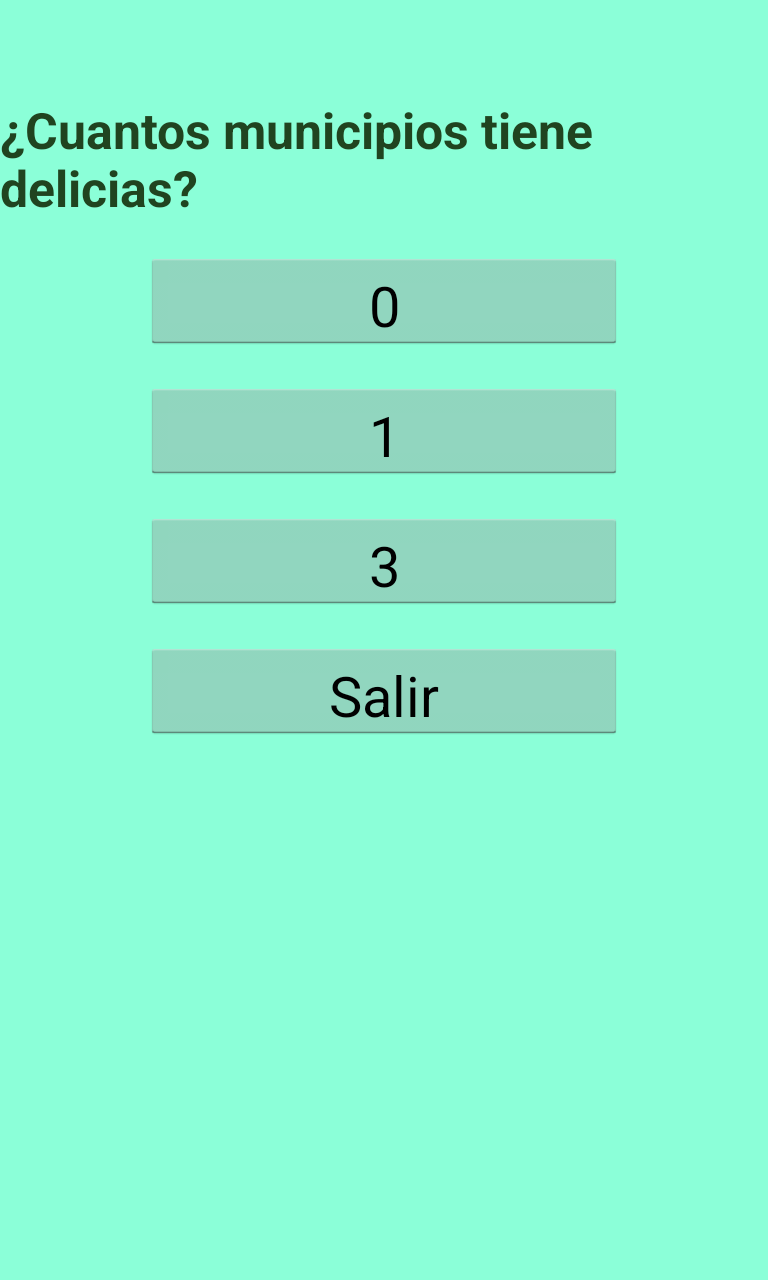
Repository: lainodHO/Proyectos-Moviles
Layout: Adventure/res/layout/activity_primero.xml
The author's editor kept a copy of each file at every save. The layout is drawn from the files as they stood at one save, then again after the next save.
It is drawn on a 768 x 1280 px phone screen (xhdpi) without system bars, with theme AppTheme; the app's code is not run.

Above is the layout before, as saved 2019-04-05 23:00:31.

After the next save:
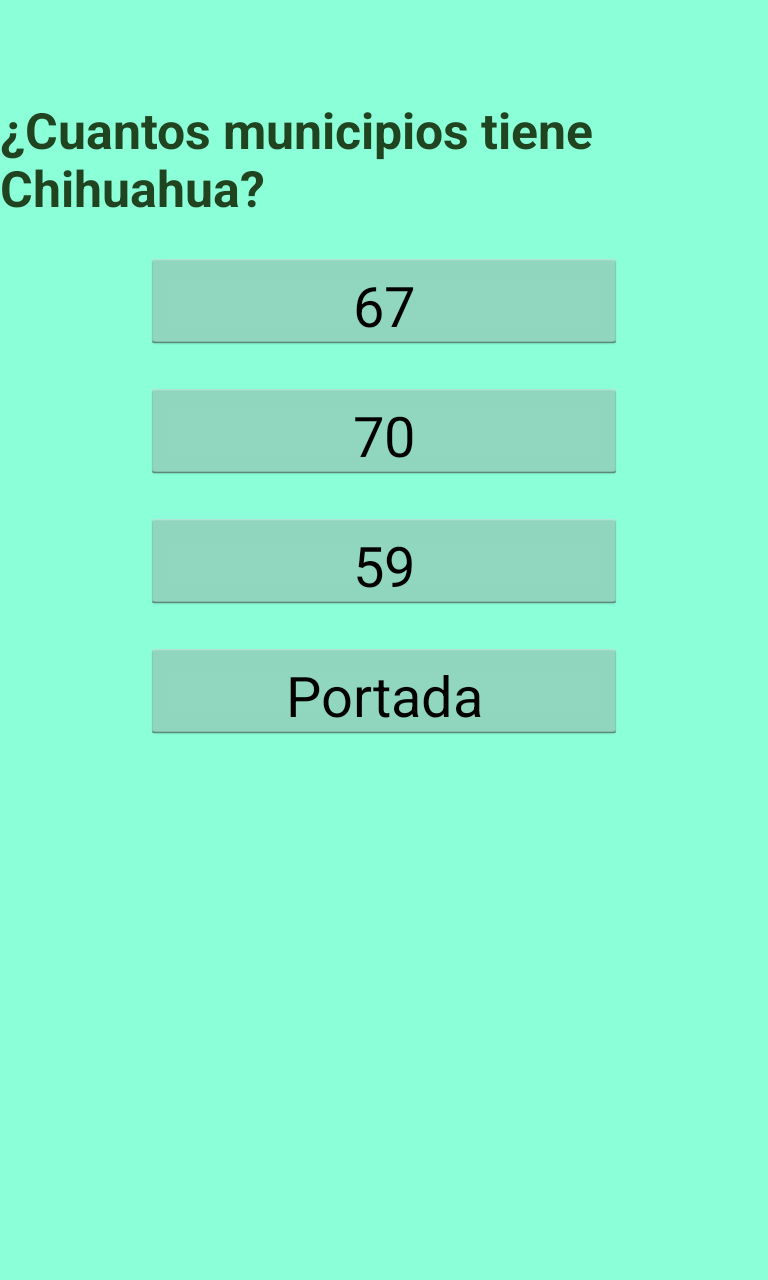
Saved 98 s later.
--- a/Adventure/res/layout/activity_primero.xml
+++ b/Adventure/res/layout/activity_primero.xml
@@ -11,7 +11,7 @@
         android:layout_centerHorizontal="true"
         android:layout_marginTop="48dp"
         android:layout_gravity="center"
-        android:text="¿Cuantos municipios tiene   delicias?"
+        android:text="¿Cuantos municipios tiene   Chihuahua?"
         android:textColor="#204420"
         android:textSize="25dp"
         android:textStyle="bold" />
@@ -20,7 +20,7 @@
         android:layout_width="240dp"
         android:layout_height="50dp"
         android:layout_marginTop="15dp"
-        android:text="0"
+        android:text="67"
         android:layout_gravity="center"
         android:textSize="28dp"
         android:gravity="center"
@@ -30,7 +30,7 @@
         android:layout_width="240dp"
         android:layout_height="50dp"
         android:layout_marginTop="15dp"
-        android:text="1"
+        android:text="70"
         android:layout_gravity="center"
         android:textSize="28dp"
         android:gravity="center"
@@ -40,19 +40,21 @@
         android:layout_width="240dp"
         android:layout_height="50dp"
         android:layout_marginTop="15dp"
-        android:text="3"
+        android:text="59"
         android:layout_gravity="center"
         android:textSize="28dp"
         android:gravity="center"
         android:onClick="pasaral4"/>
-                     <Button
+
+                   <Button
         android:layout_width="240dp"
         android:layout_height="50dp"
         android:layout_marginTop="15dp"
-        android:text="Salir"
+        android:text="Portada"
         android:layout_gravity="center"
         android:textSize="28dp"
         android:gravity="center"
-        android:onClick="cerrar_a´li"/>
+        android:onClick="pasaral5"/>
+
 
 </LinearLayout>
